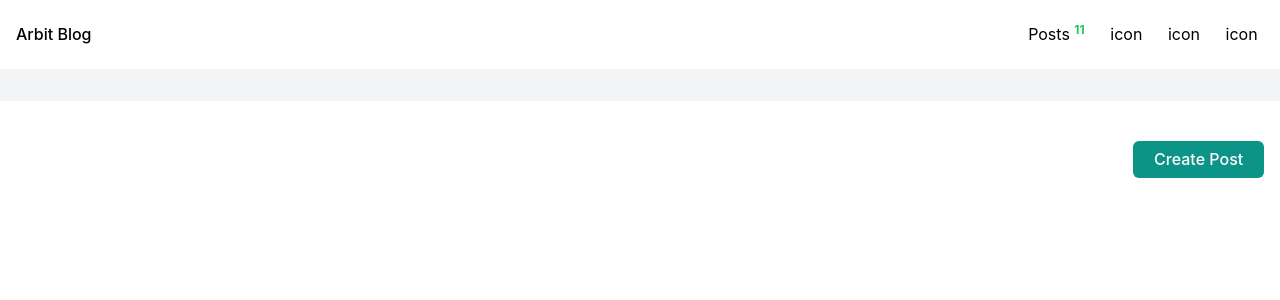
Repository: sam-lukaa/verde
Page: /
The author's editor kept a copy of each file at every save. The page is drawn from the files as they stood at one save, then again after a run of saves.
The browser window is 1280 px wide. The pictures show the whole page.
The page's requests for data from a server got no answer. The project was rebuilt for these pictures with package versions that can differ from the ones it lists, and the page was loaded fresh each time. No one was signed in, and anything a server would have sent is missing. Also part of the build but not shown: src/App.css, src/pages/create.jsx, src/pages/edit.jsx, src/pages/post.jsx.

Above is the page before, as saved 2022-08-14 06:51:29.

### src/App.js
import { useState, useEffect, Fragment } from "react";
import { Routes, Route, Link, useNavigate } from "react-router-dom";

import "./App.css";
import { Button } from "./components/Button";
import { Create, Edit, Post } from "./pages";
import { instance } from "./utils/axios";

function App() {
  const NavLink = ({ to, children }) => {
    return (
      <>
        <Link
          to={`/${to}`}
          className="hover:font-[500] hover:bg-gray-100 hover:transition hover:ease-in p-[.4rem] rounded-[6px] cursor-pointer"
        >
          {children}
        </Link>
      </>
    );
  };

  return (
    <main className=" bg-gray-100">
      {/* header */}
      <nav className="flex justify-between items-center bg-white p-[1rem] top-0 sticky">
        <h3 className="font-[500]">Arbit Blog</h3>
        <div className="flex gap-[.7rem] lg:gap-[.8rem]">
          <Link
            to="/"
            className="hover:font-[500] hover:bg-gray-100 hover:transition hover:ease-in p-[.4rem] rounded-[6px] cursor-pointer"
          >
            Posts <sup className="text-green-500 font-bold"> 11</sup>
          </Link>
          <figure className="hover:font-[500] hover:bg-gray-100 hover:transition hover:ease-in p-[.4rem] rounded-[6px] cursor-pointer">
            icon
          </figure>
          <figure className="hover:font-[500] hover:bg-gray-100 hover:transition hover:ease-in p-[.4rem] rounded-[6px] cursor-pointer">
            icon
          </figure>
          <figure className="hover:font-[500] hover:bg-gray-100 hover:transition hover:ease-in p-[.4rem] rounded-[6px] cursor-pointer">
            icon
          </figure>
        </div>
      </nav>

      {/* routes */}
      <Routes>
        <Route path="/" element={<Home />} />
        <Route path="create" element={<Create />} />
        <Route path="edit/:id" element={<Edit />} />
        <Route path="post/:id" element={<Post />} />
      </Routes>
    </main>
  );
}

function Home() {
  const [posts, setPosts] = useState([]);

  // fetch posts
  useEffect(() => {
    async function fetchPosts() {
      try {
        const res = await instance.get("posts");
        console.log(res);

        setPosts(res.data);
      } catch (err) {
        console.log(err);
      }
    }

    fetchPosts();
  }, []);

  let navigate = useNavigate();

  return (
    <section className="bg-white my-[] lg:my-[2rem] py-[.4rem] lg:py-[2.5rem]">
      {/* create new post */}
      <section className="flex justify-end px-[1rem] lg:px-[1rem]">
        <Button
          variant="primary"
          onClick={() => {
            navigate("/create", { replace: true });
          }}
        >
          Create Post
        </Button>
      </section>

      {/* posts section */}
      <article className="flex flex-wrap gap-[1.5rem] lg:gap-[3.5rem] w-[100%] lg:w-[75%] mt-[1rem] lg:m-auto">
        {posts.map((post, _i) => {
          return (
            <Fragment key={_i}>
              <Link
                to={`post/${post.id}`}
                // to="/post/123"
                className="w-[100%] lg:w-[30%] p-[.4rem] lg:p-[.8rem] hover:bg-gray-100 rounded-[6px]"
              >
                <h3 className="font-[500] text-[] lg:text-[1.4rem] mb-[.3rem]">
                  {post.title}
                </h3>
                <p className="text-gray-600 line-clamp-[] lg:line-clamp-4">
                  {post.body}
                </p>
              </Link>
            </Fragment>
          );
        })}
      </article>
    </section>
  );
}

export default App;

### src/components/Button.jsx
export const Button = ({ variant = null, children, props }) => {
  return (
    <div>
      <button
        className={`${
          variant === "primary"
            ? "bg-teal-600 hover:bg-teal-500"
            : variant === "danger"
            ? "bg-red-500 hover:bg-red-400"
            : "bg-gray-300 hover:bg-gray-200"
        } ${
          variant === null ? "text-black" : "text-white"
        } py-[.3rem] px-[1rem] lg:px-[1.3rem] lg:py-[.4rem] font-[500] rounded-[6px] lg:rounded-[6px] hover:transition-all hover:ease-in ease-out duration-[.3s]`}
        {...props}
      >
        {children}
      </button>
    </div>
  );
};

### src/pages/index.js
export * from './create';
export * from './edit';
export * from './post';

### src/utils/axios.js
import axios from 'axios';
const instance = axios.create({ baseURL: 'https://jsonplaceholder.typicode.com/' });
export {instance};

### tailwind.config.js
/** @type {import('tailwindcss').Config} */
module.exports = {
  content: ["./src/**/*.{jsx,js}"],
  theme: {
    extend: {},
  },
  plugins: [require("@tailwindcss/line-clamp")],
};

Loaded but not shown: public/index.html (common file); src/index.js (common file); src/index.css (common file); src/reportWebVitals.js (common file)

After the next 3 saves:
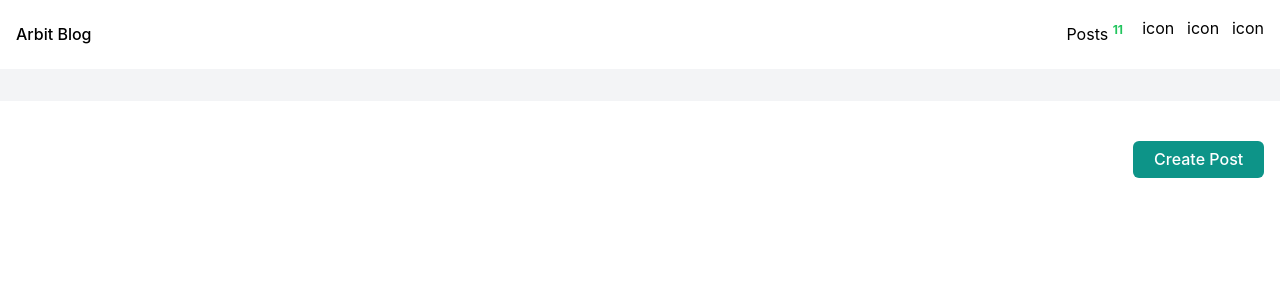
The 3 saves are shown as one change because 2 did not build or start.
The last was saved 56 s later.
--- a/src/App.js
+++ b/src/App.js
@@ -26,21 +26,12 @@
       <nav className="flex justify-between items-center bg-white p-[1rem] top-0 sticky">
         <h3 className="font-[500]">Arbit Blog</h3>
         <div className="flex gap-[.7rem] lg:gap-[.8rem]">
-          <Link
-            to="/"
-            className="hover:font-[500] hover:bg-gray-100 hover:transition hover:ease-in p-[.4rem] rounded-[6px] cursor-pointer"
-          >
+          <NavLink to="/">
             Posts <sup className="text-green-500 font-bold"> 11</sup>
-          </Link>
-          <figure className="hover:font-[500] hover:bg-gray-100 hover:transition hover:ease-in p-[.4rem] rounded-[6px] cursor-pointer">
-            icon
-          </figure>
-          <figure className="hover:font-[500] hover:bg-gray-100 hover:transition hover:ease-in p-[.4rem] rounded-[6px] cursor-pointer">
-            icon
-          </figure>
-          <figure className="hover:font-[500] hover:bg-gray-100 hover:transition hover:ease-in p-[.4rem] rounded-[6px] cursor-pointer">
-            icon
-          </figure>
+          </NavLink>
+          <figure>icon</figure>
+          <figure>icon</figure>
+          <figure>icon</figure>
         </div>
       </nav>
 

After the 2 saves that followed:
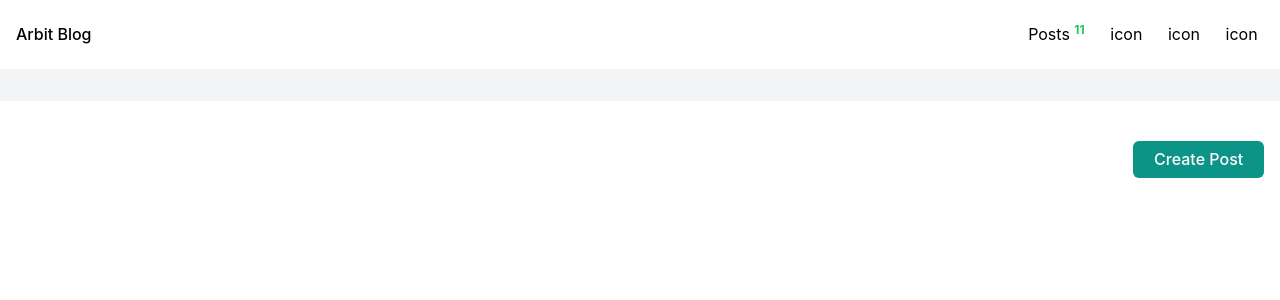
The 2 saves are shown as one change because 1 left the picture as it was.
The last was saved 25 s later.
--- a/src/App.js
+++ b/src/App.js
@@ -11,7 +11,7 @@
     return (
       <>
         <Link
-          to={`/${to}`}
+          to={`${to}`}
           className="hover:font-[500] hover:bg-gray-100 hover:transition hover:ease-in p-[.4rem] rounded-[6px] cursor-pointer"
         >
           {children}
@@ -29,9 +29,9 @@
           <NavLink to="/">
             Posts <sup className="text-green-500 font-bold"> 11</sup>
           </NavLink>
-          <figure>icon</figure>
-          <figure>icon</figure>
-          <figure>icon</figure>
+          <NavLink>icon</NavLink>
+          <NavLink>icon</NavLink>
+          <NavLink>icon</NavLink>
         </div>
       </nav>
 
